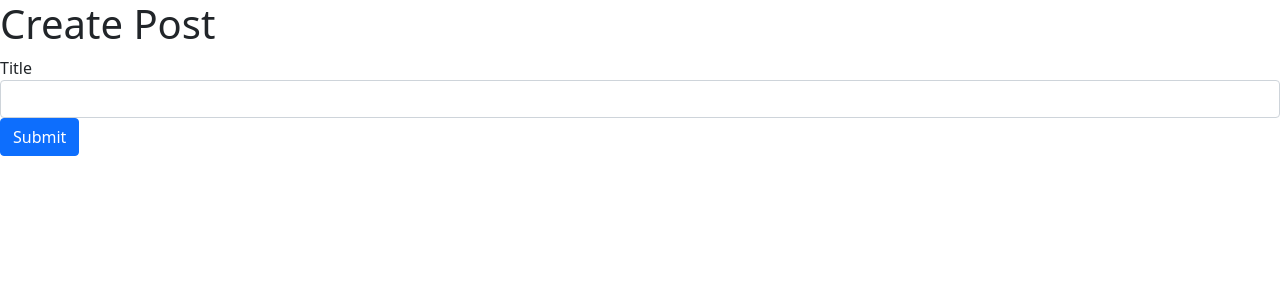
Repository: XavierJordaMurria/nodejs-microservices
Page: / (app in blog/client/)
An editor plug-in stored every save of this project. The page is shown before and after the next save, followed by the edit.
The browser window is 1280 px wide. The pictures show the whole page.
The project was rebuilt for these pictures with package versions that can differ from the ones it lists, and the page was loaded fresh each time.

Above is the page before, as saved 2022-03-15 07:43:34.

### blog/client/public/index.html
<!DOCTYPE html>
<html lang="en">
  <head>
    <meta charset="utf-8" />
    <link rel="icon" href="%PUBLIC_URL%/favicon.ico" />
    <meta name="viewport" content="width=device-width, initial-scale=1" />
    <meta name="theme-color" content="#000000" />
    <meta
      name="description"
      content="Web site created using create-react-app"
    />
    <link rel="apple-touch-icon" href="%PUBLIC_URL%/logo192.png" />
    <!--
      manifest.json provides metadata used when your web app is installed on a
      user's mobile device or desktop. See https://developers.google.com/web/fundamentals/web-app-manifest/
    -->
    <link rel="manifest" href="%PUBLIC_URL%/manifest.json" />
    <link
      href="https://cdn.jsdelivr.net/npm/bootstrap@5.1.3/dist/css/bootstrap.min.css"
      rel="stylesheet"
      integrity="sha384-1BmE4kWBq78iYhFldvKuhfTAU6auU8tT94WrHftjDbrCEXSU1oBoqyl2QvZ6jIW3"
      crossorigin="anonymous"
    />

    <!--
      Notice the use of %PUBLIC_URL% in the tags above.
      It will be replaced with the URL of the `public` folder during the build.
      Only files inside the `public` folder can be referenced from the HTML.

      Unlike "/favicon.ico" or "favicon.ico", "%PUBLIC_URL%/favicon.ico" will
      work correctly both with client-side routing and a non-root public URL.
      Learn how to configure a non-root public URL by running `npm run build`.
    -->
    <title>React App</title>
  </head>
  <body>
    <noscript>You need to enable JavaScript to run this app.</noscript>
    <div id="root"></div>
    <!--
      This HTML file is a template.
      If you open it directly in the browser, you will see an empty page.

      You can add webfonts, meta tags, or analytics to this file.
      The build step will place the bundled scripts into the <body> tag.

      To begin the development, run `npm start` or `yarn start`.
      To create a production bundle, use `npm run build` or `yarn build`.
    -->
  </body>
</html>

### blog/client/src/index.js
import React from "react";
import ReactDom from 'react-dom';
import App from './App';

ReactDom.render(
    <App/>,
    document.getElementById('root')

)

### blog/client/src/App.js
import React from "react";
import PostCreate from "./PostCreate";


const myAPP =  () => {
    return (
    <div>
        <h1>Create Post</h1>
        <PostCreate/>
    </div>
    );
};

export default myAPP;

### blog/client/src/PostCreate.js
import React from "react";


const PostCreate =  () => {
    return <div>
        <form>
            <div className="form-group">
                <label>Title</label>
                <input className="form-control"></input>
            </div>
            <button className="btn btn-primary">Submit</button>
        </form>
    </div>
};

export default PostCreate;

After the next save:
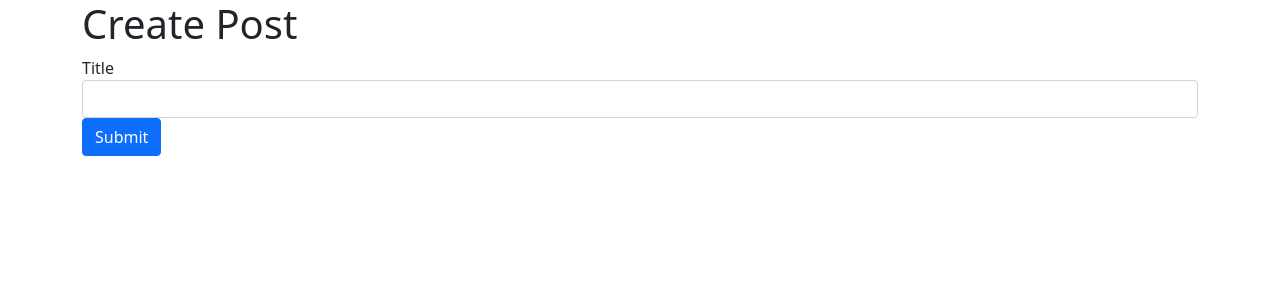
Saved 38 s later.
--- a/blog/client/src/App.js
+++ b/blog/client/src/App.js
@@ -4,7 +4,7 @@ import PostCreate from "./PostCreate";
 
 const myAPP =  () => {
     return (
-    <div>
+    <div className="container">
         <h1>Create Post</h1>
         <PostCreate/>
     </div>
